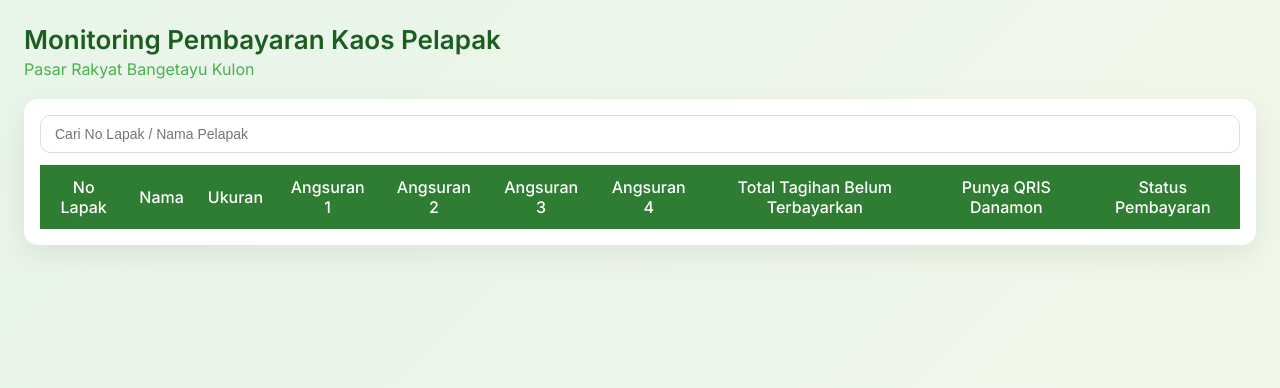
Repository: pasarrakyatbak/monitoringpembayarankaos
Page: index.html
The author's editor kept a copy of each file at every save. The page is drawn from the files as they stood at one save, then again after the next save.
The browser window is 1280 px wide. The pictures show the whole page.
The page's requests for data from a server got no answer.

Above is the page before, as saved 2026-01-04 13:42:23.

After the next save:
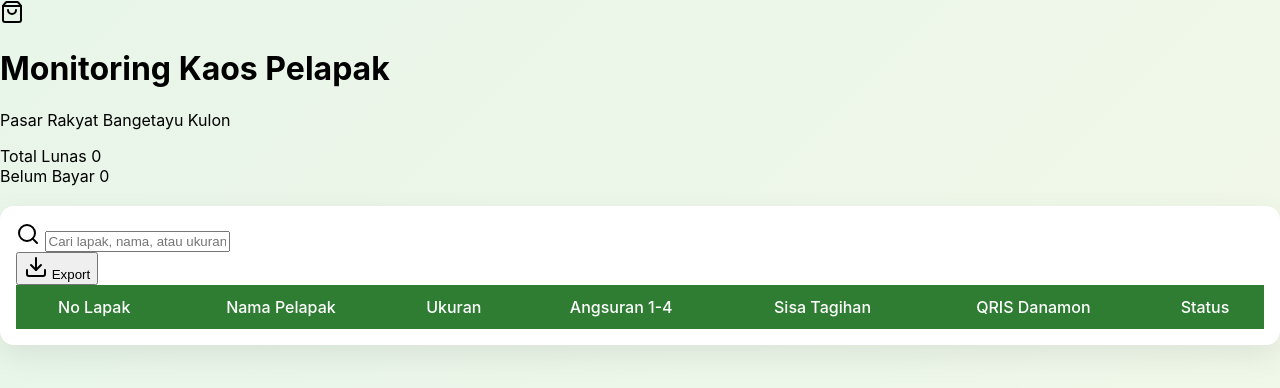
Saved 81 s later.
--- a/index.html
+++ b/index.html
@@ -5,49 +5,72 @@
     <meta charset="UTF-8">
     <meta name="viewport" content="width=device-width, initial-scale=1.0">
     <title>Monitoring Kaos Pelapak</title>
-
-    <!-- Font -->
-    <link rel="preconnect" href="https://fonts.googleapis.com">
-    <link rel="preconnect" href="https://fonts.gstatic.com" crossorigin>
-    <link href="https://fonts.googleapis.com/css2?family=Inter:wght@400;500;600&display=swap" rel="stylesheet">
-
+    <link href="https://fonts.googleapis.com/css2?family=Plus+Jakarta+Sans:wght@400;500;600;700&display=swap"
+        rel="stylesheet">
+    <script src="https://unpkg.com/lucide@latest"></script>
     <link rel="stylesheet" href="style.css">
 </head>
 
 <body>
 
-    <div class="app">
-        <header class="header">
-            <h1>Monitoring Pembayaran Kaos Pelapak</h1>
-            <p>Pasar Rakyat Bangetayu Kulon</p>
+    <div class="app-container">
+        <header class="main-header">
+            <div class="header-content">
+                <div class="brand">
+                    <div class="logo-icon"><i data-lucide="shopping-bag"></i></div>
+                    <div>
+                        <h1>Monitoring Kaos Pelapak</h1>
+                        <p>Pasar Rakyat Bangetayu Kulon</p>
+                    </div>
+                </div>
+                <div class="stats-overview">
+                    <div class="stat-item">
+                        <span class="label">Total Lunas</span>
+                        <span class="value" id="totalLunas">0</span>
+                    </div>
+                    <div class="stat-item">
+                        <span class="label">Belum Bayar</span>
+                        <span class="value warning" id="totalBelum">0</span>
+                    </div>
+                </div>
+            </div>
         </header>
 
-        <div class="card">
-            <div class="toolbar">
-                <input type="text" id="searchInput" placeholder="Cari No Lapak / Nama Pelapak">
+        <main class="content">
+            <div class="card table-card">
+                <div class="card-header">
+                    <div class="search-box">
+                        <i data-lucide="search"></i>
+                        <input type="text" id="searchInput" placeholder="Cari lapak, nama, atau ukuran...">
+                    </div>
+                    <div class="actions">
+                        <button class="btn btn-outline"><i data-lucide="download"></i> Export</button>
+                    </div>
+                </div>
+
+                <div class="table-responsive">
+                    <table id="monitoringTable">
+                        <thead>
+                            <tr>
+                                <th>No Lapak</th>
+                                <th>Nama Pelapak</th>
+                                <th>Ukuran</th>
+                                <th>Angsuran 1-4</th>
+                                <th>Sisa Tagihan</th>
+                                <th>QRIS Danamon</th>
+                                <th>Status</th>
+                            </tr>
+                        </thead>
+                        <tbody id="tableBody">
+                        </tbody>
+                    </table>
+                </div>
             </div>
-
-            <table>
-                <thead>
-                    <tr>
-                        <th>No Lapak</th>
-                        <th>Nama</th>
-                        <th>Ukuran</th>
-                        <th>Angsuran 1</th>
-                        <th>Angsuran 2</th>
-                        <th>Angsuran 3</th>
-                        <th>Angsuran 4</th>
-                        <th>Total Tagihan Belum Terbayarkan</th>
-                        <th>Punya QRIS Danamon</th>
-                        <th>Status Pembayaran</th>
-                    </tr>
-                </thead>
-                <tbody></tbody>
-            </table>
-        </div>
+        </main>
     </div>
 
     <script src="script.js"></script>
+    <script>lucide.createIcons();</script>
 </body>
 
 </html>
